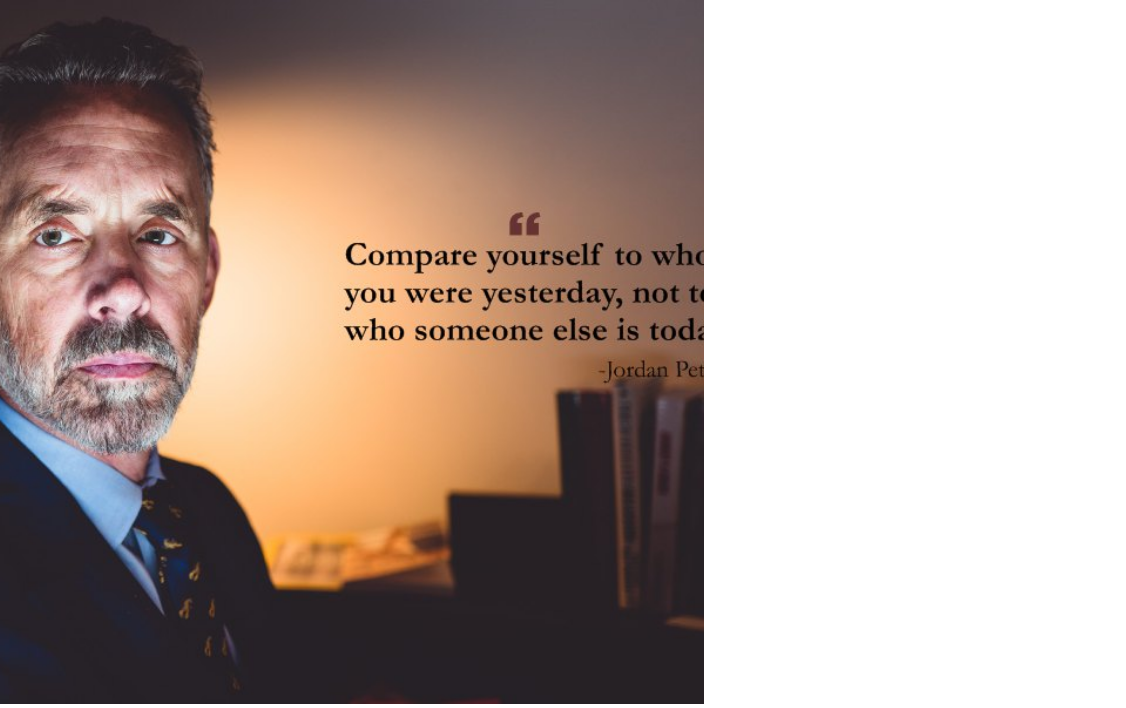
Repository: fechinmitchell/MFM
Page: blocked.html
The author's editor kept a copy of each file at every save. The page is drawn from the files as they stood at one save, then again after the next save.
The browser window is 1280 px wide. The pictures show the whole page, at 88% of full size.

Above is the page before, as saved 2023-07-07 22:39:01.

### blocked.html
<!DOCTYPE html>
<html>
<body style="width:800px;height:800px;margin:0;">
  <img src="images/blocked.jpeg" style="width:100%;height:100%;object-fit:cover;">
</body>
</html>

After the next save:
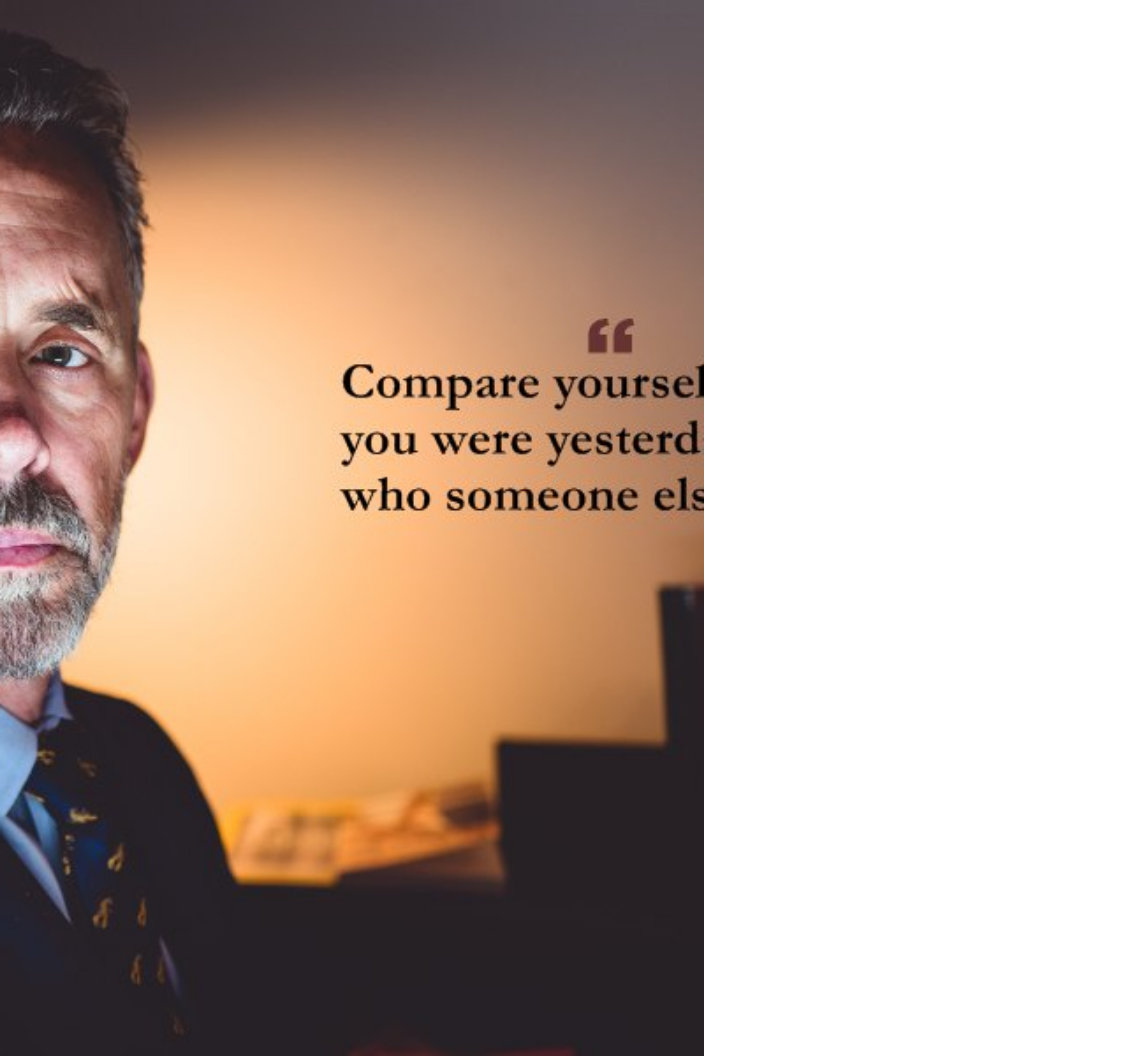
Saved 18 s later.
--- a/blocked.html
+++ b/blocked.html
@@ -1,6 +1,6 @@
 <!DOCTYPE html>
 <html>
-<body style="width:800px;height:800px;margin:0;">
+<body style="width:800px;height:1200px;margin:0;">
   <img src="images/blocked.jpeg" style="width:100%;height:100%;object-fit:cover;">
 </body>
 </html>
